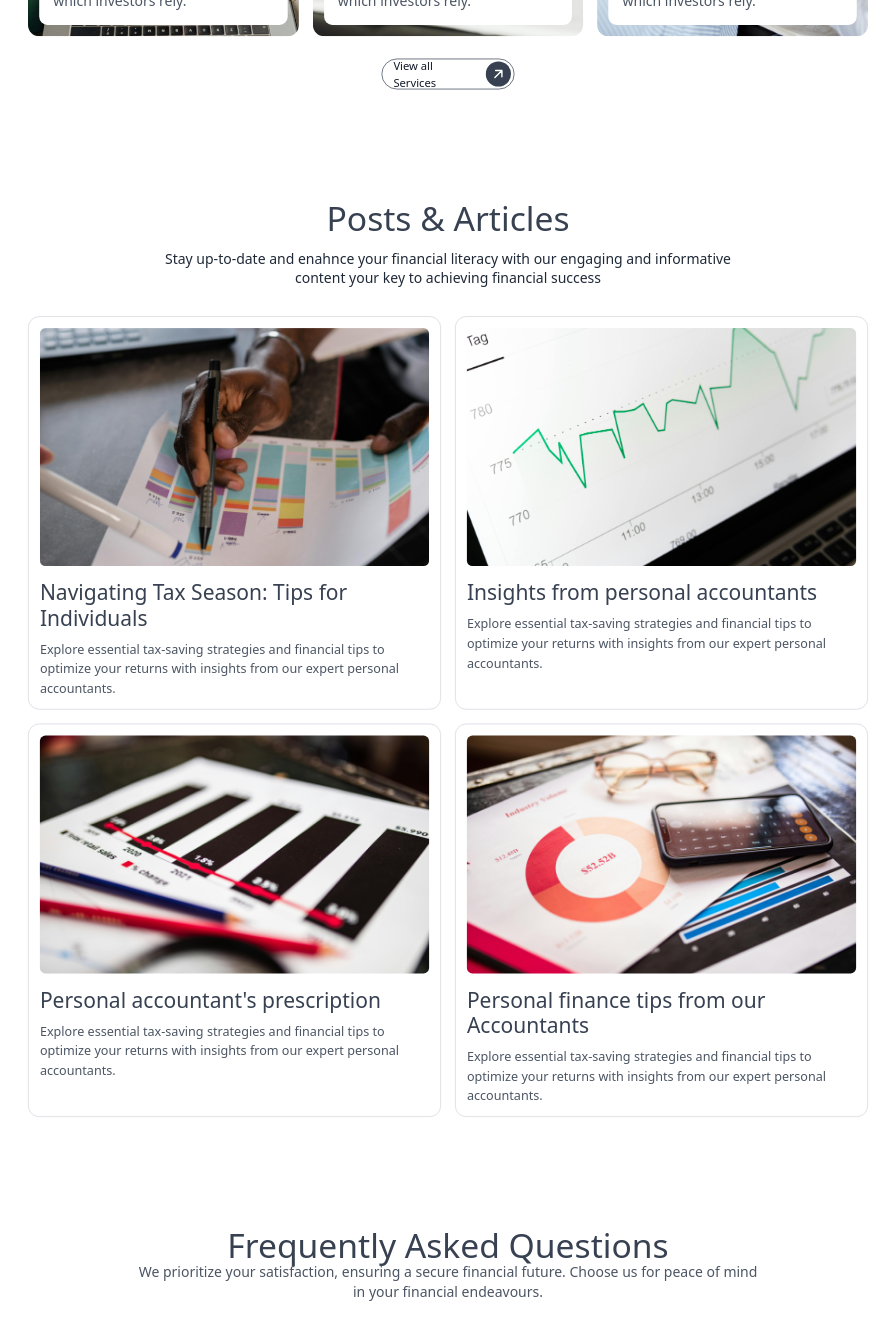
Repository: vespersolutionspk18/integrast-website
Page: /
An editor plug-in stored every save of this project. The page is shown before and after the next save, followed by the edit.
The browser window is 1280 px wide. The pictures show the part of the page from y = 1634 to 3554 px (the page is 3534 px tall before and 3554 px after), at 70% of full size.
The project was rebuilt for these pictures with package versions that can differ from the ones it lists, and the page was loaded fresh each time. The framework's server and built-in components were replaced by stand-ins that run in the browser. Also part of the build but not shown: next.config.ts.

Above is the page before, as saved 2024-12-09 17:11:58.

After the next save:
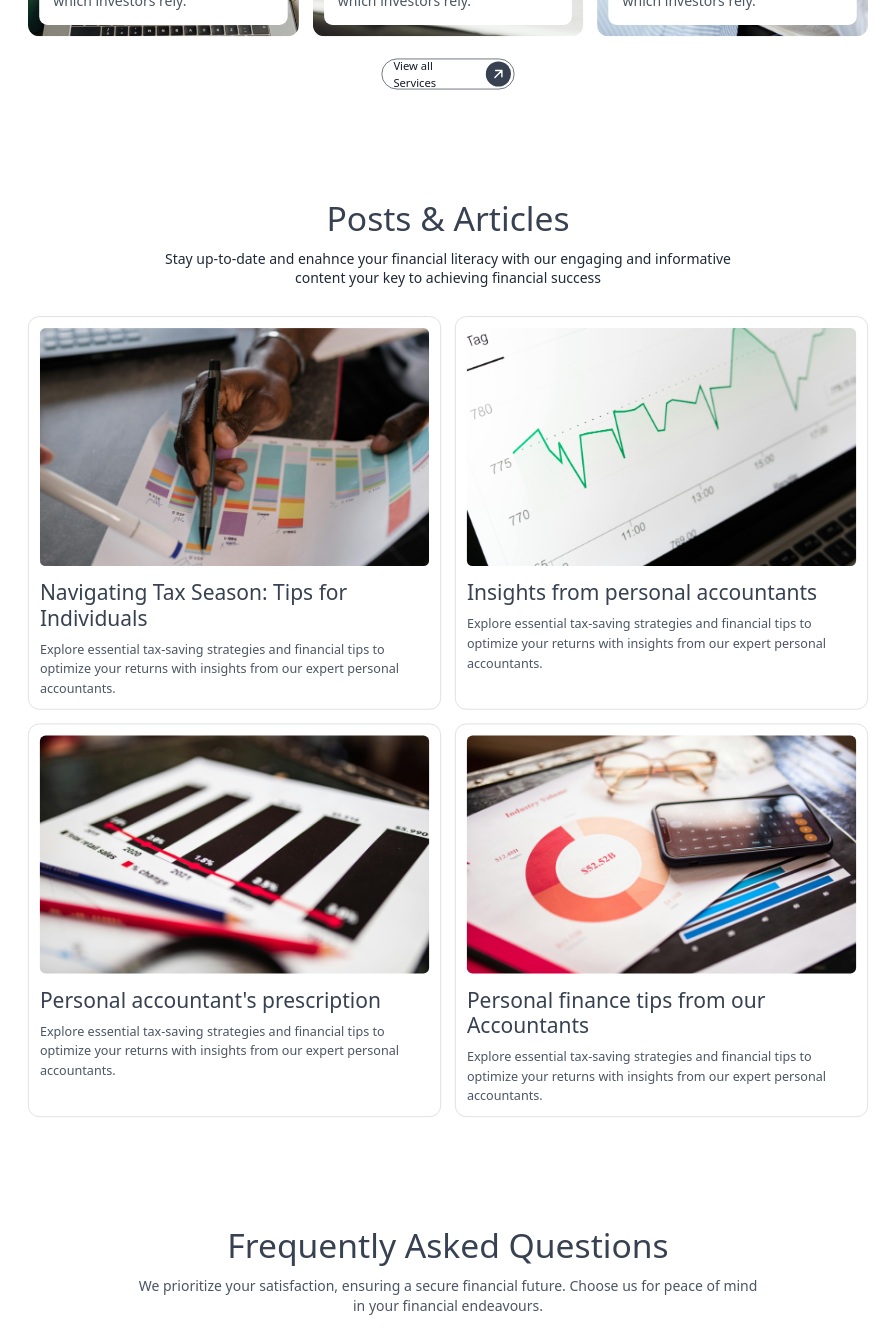
Saved 7 s later.
--- a/app/Faqsection.tsx
+++ b/app/Faqsection.tsx
@@ -4,7 +4,7 @@ const Faqsection = () => {
   return (
     <div className="flex flex-col p-10 items-center mt-20">
     <h2 className="font-sans font-light text-5xl text-gray-700">Frequently Asked Questions</h2>
-    <p className="font-sans font-light text-xl text-gray-600 text-center">We prioritize your satisfaction, ensuring a secure financial future. Choose us for peace of mind<br></br>in your financial endeavours.</p>
+    <p className="font-sans mt-5 font-light text-xl text-gray-600 text-center">We prioritize your satisfaction, ensuring a secure financial future. Choose us for peace of mind<br></br>in your financial endeavours.</p>
     </div>
   )
 }
